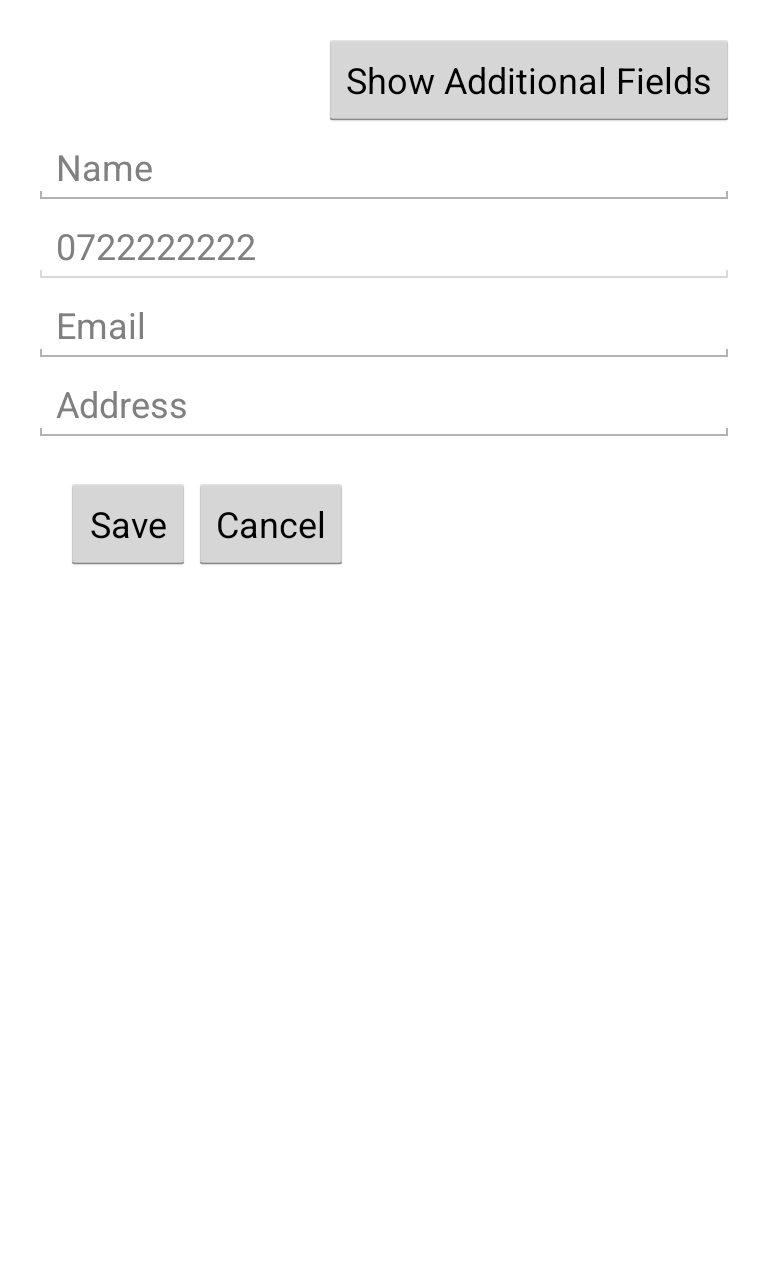
Repository: andreeastoican/Laborator04
Layout: ContactsManager/res/layout/fragment_basic_details.xml
The author's editor kept a copy of each file at every save. The layout is drawn from the files as they stood at one save, then again after the next save.
It is drawn on a 768 x 1280 px phone screen (xhdpi) without system bars, with theme AppTheme; the app's code is not run.

Above is the layout before, as saved 2015-03-17 19:48:02.

### ContactsManager/res/layout/fragment_basic_details.xml
<LinearLayout xmlns:android="http://schemas.android.com/apk/res/android"
    xmlns:tools="http://schemas.android.com/tools"
    android:id="@+id/containerTop"
    android:layout_width="match_parent"
    android:layout_height="match_parent"
    android:paddingBottom="@dimen/activity_vertical_margin"
    android:paddingLeft="@dimen/activity_horizontal_margin"
    android:paddingRight="@dimen/activity_horizontal_margin"
    android:paddingTop="@dimen/activity_vertical_margin"
    android:orientation="vertical"
    tools:context="ro.pub.cs.systems.pdsd.lab04.contactsmanager.BasicDetailsFragment" >

    	<Button
	       android:id="@+id/id_additional_filed"
	       android:text="Show Additional Fields"
	       android:layout_height="wrap_content"
	       android:layout_width="wrap_content"
	       android:layout_gravity="right"/>
	   <EditText
	       android:id="@+id/id_name"
	       android:layout_width="fill_parent"
	       android:layout_height="wrap_content"
	       android:inputType="textPersonName"
	       android:hint="Name"/>
	   <EditText
	       android:id="@+id/id_phone"
	       android:layout_width="fill_parent"
	       android:layout_height="wrap_content"
	       android:inputType="phone"
	       android:enabled="false"
	       android:hint="0722222222"/>
	   <EditText
	       android:id="@+id/id_email"
	       android:layout_width="fill_parent"
	       android:layout_height="wrap_content"
	       android:inputType="textEmailAddress"
	       android:hint="Email"/>
	   <EditText
	       android:id="@+id/id_address"
	       android:layout_width="fill_parent"
	       android:layout_height="wrap_content"
	       android:inputType="text"
	       android:hint="Address"/>

	   <LinearLayout
	       android:layout_width="match_parent"
	       android:layout_height="match_parent"
	       android:orientation="horizontal"
	       android:paddingBottom="@dimen/activity_vertical_margin"
	       android:paddingLeft="@dimen/activity_horizontal_margin"
	       android:paddingRight="@dimen/activity_horizontal_margin"
	       android:paddingTop="@dimen/activity_vertical_margin"
	       tools:context="ro.pub.cs.systems.pdsd.lab04.contactsmanager.BasicDetailsFragment" >

	       <Button
	           android:id="@+id/id_save"
	           android:layout_width="wrap_content"
	           android:layout_height="wrap_content"
	           android:layout_gravity="center_horizontal"
	           android:text="Save" />

	       <Button
	           android:id="@+id/id_cancel"
	           android:layout_width="wrap_content"
	           android:layout_height="wrap_content"
	           android:layout_gravity="center_horizontal"
	           android:text="Cancel" />
	   </LinearLayout>

</LinearLayout>

Loaded but not shown: ContactsManager/res/values/styles.xml (common file); ContactsManager/res/values-v11/styles.xml (common file); ContactsManager/res/values-v14/styles.xml (common file); ContactsManager/res/values/dimens.xml (common file); ContactsManager/res/values-w820dp/dimens.xml (common file)

After the next save:
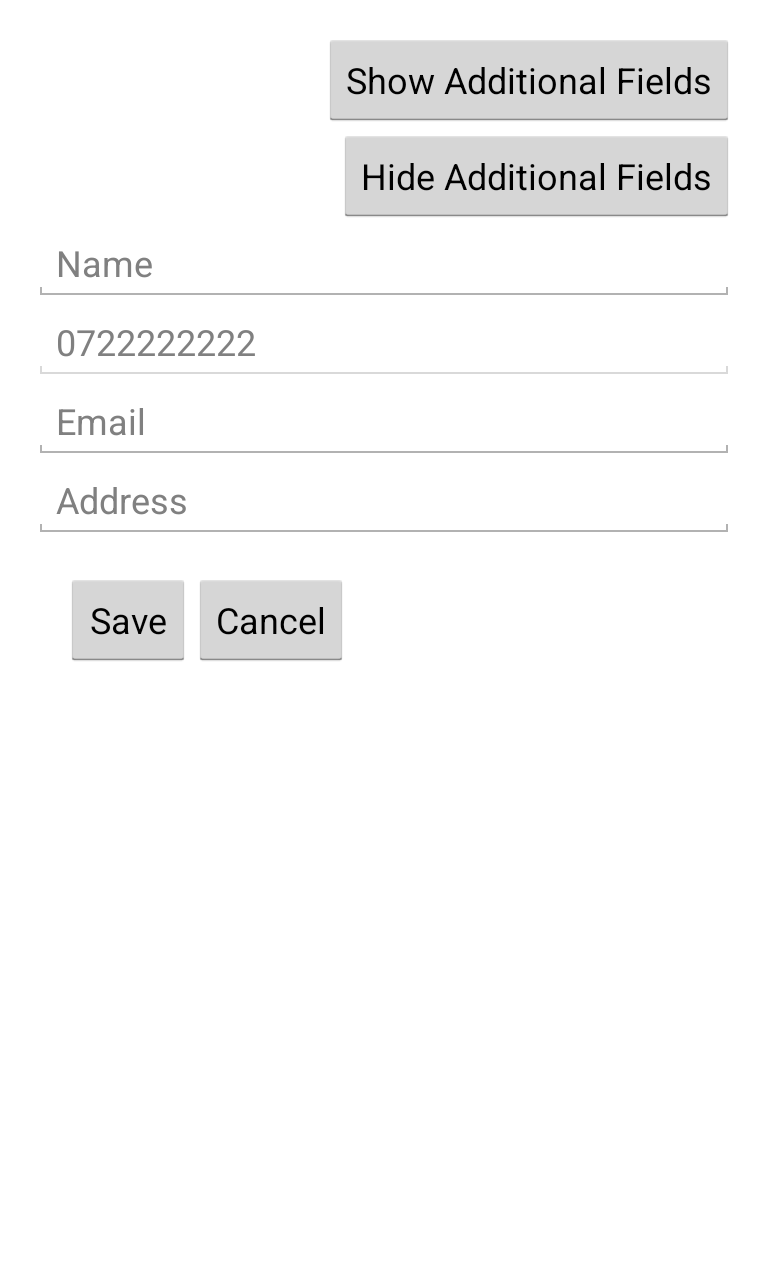
Saved 4 min 23 s later.
--- a/ContactsManager/res/layout/fragment_basic_details.xml
+++ b/ContactsManager/res/layout/fragment_basic_details.xml
@@ -13,6 +13,12 @@
     	<Button
 	       android:id="@+id/id_additional_filed"
 	       android:text="Show Additional Fields"
+	       android:layout_height="wrap_content"
+	       android:layout_width="wrap_content"
+	       android:layout_gravity="right"/>
+    	<Button
+	       android:id="@+id/id_additional_filed_hide"
+	       android:text="Hide Additional Fields"
 	       android:layout_height="wrap_content"
 	       android:layout_width="wrap_content"
 	       android:layout_gravity="right"/>

After the 2 saves that followed:
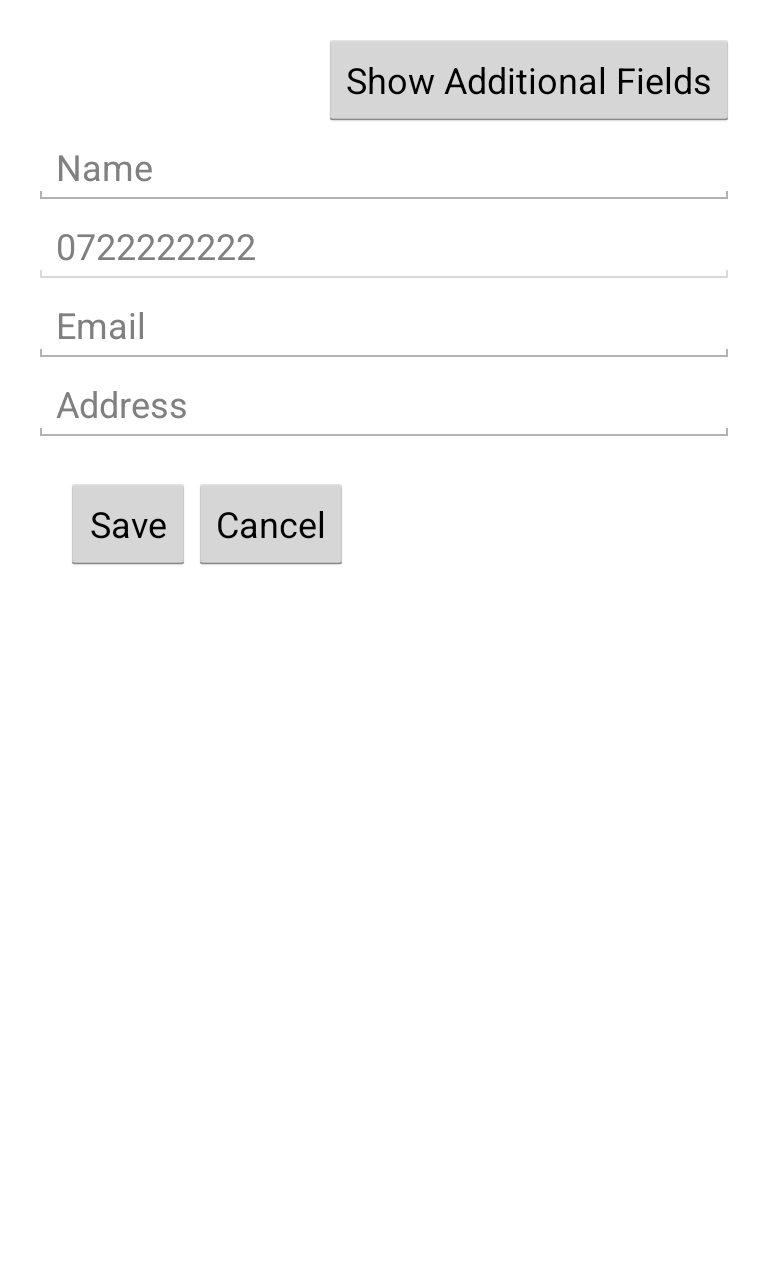
The 2 saves are shown as one change because 1 left the picture as it was.
The last was saved 17 s later.
--- a/ContactsManager/res/layout/fragment_basic_details.xml
+++ b/ContactsManager/res/layout/fragment_basic_details.xml
@@ -11,7 +11,7 @@
     tools:context="ro.pub.cs.systems.pdsd.lab04.contactsmanager.BasicDetailsFragment" >
 
     	<Button
-	       android:id="@+id/id_additional_filed"
+	       android:id="@+id/id_additional_filed_show"
 	       android:text="Show Additional Fields"
 	       android:layout_height="wrap_content"
 	       android:layout_width="wrap_content"
@@ -21,7 +21,8 @@
 	       android:text="Hide Additional Fields"
 	       android:layout_height="wrap_content"
 	       android:layout_width="wrap_content"
-	       android:layout_gravity="right"/>
+	       android:layout_gravity="right"
+	       android:visibility="gone"/>
 	   <EditText
 	       android:id="@+id/id_name"
 	       android:layout_width="fill_parent"
